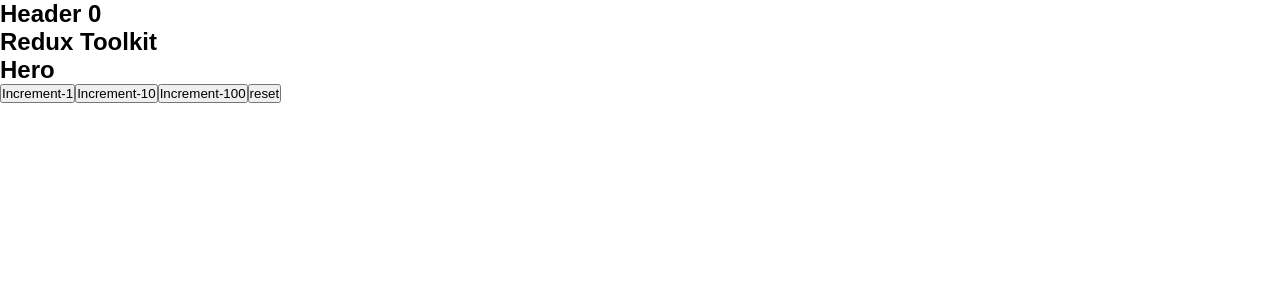
Repository: SitoraRashidova/userCrudFront
Page: /
The author's editor kept a copy of each file at every save. The page is drawn from the files as they stood at one save, then again after the next save.
The browser window is 1280 px wide. The pictures show the whole page.
The project was rebuilt for these pictures with package versions that can differ from the ones it lists, and the page was loaded fresh each time. Also part of the build but not shown: vite.config.js.

Above is the page before, as saved 2024-12-09 23:30:57.

### src/main.jsx
import { StrictMode } from "react";
import { createRoot } from "react-dom/client";
import "./index.css";
import App from "./App.jsx";
// redux toolkid codes here
import { Provider } from "react-redux";
import store from "./redux/index.js";

createRoot(document.getElementById("root")).render(
  <StrictMode>
    <Provider store={store}>
      <App />
    </Provider>
  </StrictMode>
);

### src/App.jsx
import React from "react";
import { Header } from "./components/Header";
import Hero from "./components/Hero";
function App() {
  return (
    <>
      <Header />
      <h2>Redux Toolkit</h2>
      <Hero />
    </>
  );
}

export default App;

### src/redux/index.js
import { configureStore } from "@reduxjs/toolkit";
import counterSlice from "./slices/counter-slice";
import wishlist from "./slices/wishlist-slice"
const store = configureStore({
  reducer: {
    counter: counterSlice,
    wishlist
  },
});
export default store

### src/components/Header.jsx
import React from "react";
import { useSelector } from "react-redux";

export const Header = () => {
  const counter = useSelector((state) => state.counter.value);
  console.log(counter);
  return (
    <div>
      <h2>Header {counter}</h2>
    </div>
  );
};

### src/components/Hero.jsx
import React from "react";
import { useDispatch } from "react-redux";
import { inc, reset } from "../redux/slices/counter-slice";
const Hero = () => {
  const dispatch = useDispatch();
  return (
    <div>
      <h2>Hero</h2>
      <button onClick={() => dispatch(inc(1))}>Increment-1</button>
      <button onClick={() => dispatch(inc(10))}>Increment-10</button>
      <button onClick={() => dispatch(inc(100))}>Increment-100</button>
      <button onClick={() => dispatch(reset())}>reset</button>
    </div>
  );
};

export default Hero;

### src/redux/slices/counter-slice.js
import { createSlice } from "@reduxjs/toolkit";
const counterSlice = createSlice({
  name: "counter",
  initialState: {
    value: 0,
  },
  reducers: {
    inc(state, action) {
      state.value += action.payload ? action.payload : 1 ;
    },
    dec(state) {
      state.value -= 1;
    },
    reset(state) {
      state.value = 0;
    },
  },
});
export const { inc, dec, reset } = counterSlice.actions; //setState
export default counterSlice.reducer; //state

### src/redux/slices/wishlist-slice.js
import { createSlice } from "@reduxjs/toolkit";
const wishlistSlice = createSlice({
  name: "wishlist",
  initialState: {
    value: [],
  },

});
export const { inc, dec, reset } = wishlistSlice.actions; //setState
export default wishlistSlice.reducer; //state

Loaded but not shown: index.html (common file); src/index.css (common file); src/components/Product.jsx (common file)

After the next save:
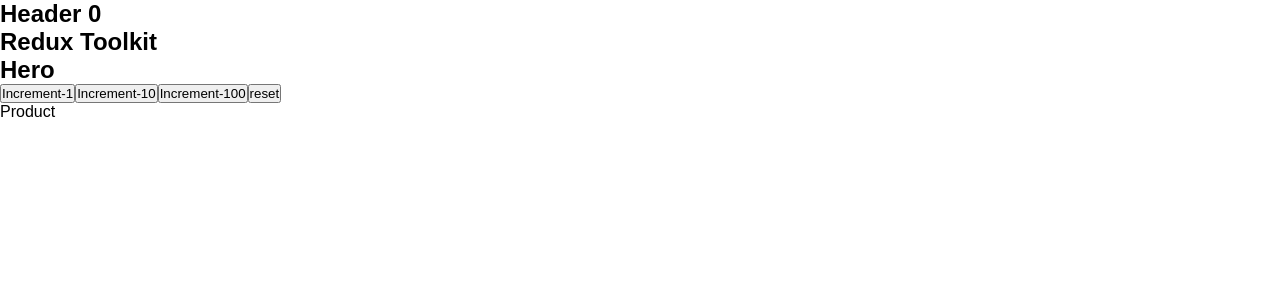
Saved 19 s later.
--- a/src/App.jsx
+++ b/src/App.jsx
@@ -1,12 +1,14 @@
 import React from "react";
 import { Header } from "./components/Header";
 import Hero from "./components/Hero";
+import Product from "./components/Product";
 function App() {
   return (
     <>
       <Header />
       <h2>Redux Toolkit</h2>
       <Hero />
+      <Product />
     </>
   );
 }
